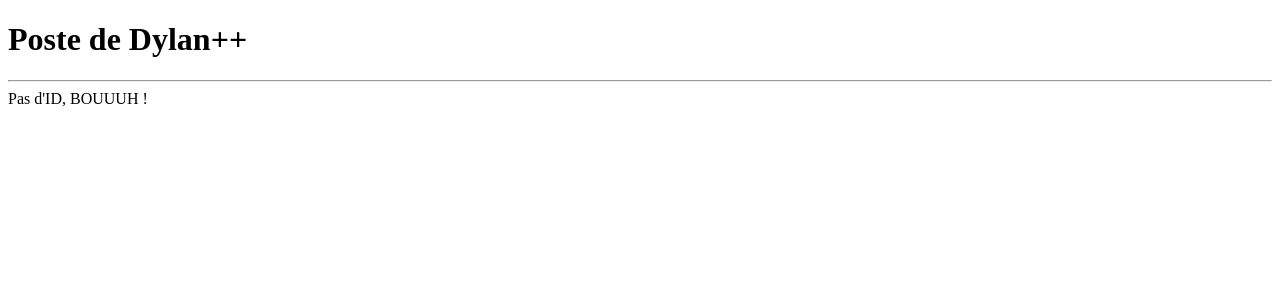
Repository: DylanCahu/cookie
Page: http://localhost/Cookies/consult.php
The author's editor kept a copy of each file at every save. The page is drawn from the files as they stood at one save, then again after a run of saves.
The browser window is 1280 px wide. The pictures show the whole page.
The page is run by PHP 8.4 with error messages shown; the project is at /var/www/html/.

Above is the page before, as saved 2021-12-13 08:22:01.

After the next 2 saves:
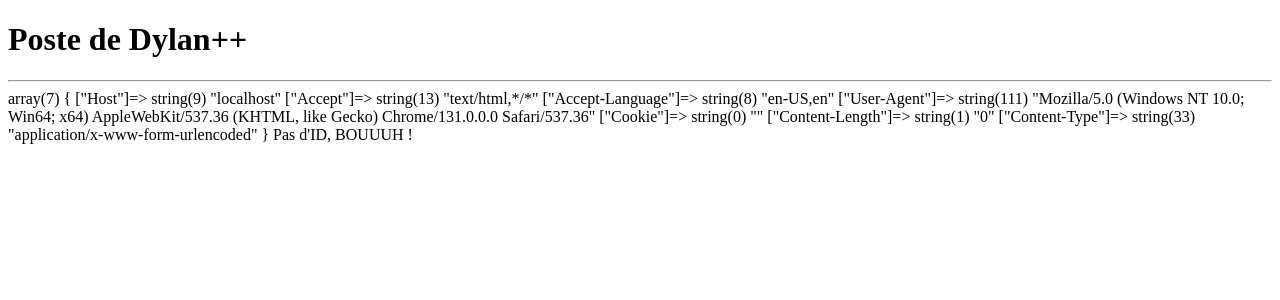
The 2 saves are shown as one change because they came seconds apart.
The last was saved 23 s later.
--- a/consult.php
+++ b/consult.php
@@ -12,6 +12,7 @@
 <?php
 
  $tabhead=getallheaders();
+var_dump($tabhead);
 
     if(isset($_COOKIE['numClient']))
     echo "<h3>Votre ID est: " .$_COOKIE['numClient'] ." " ;
